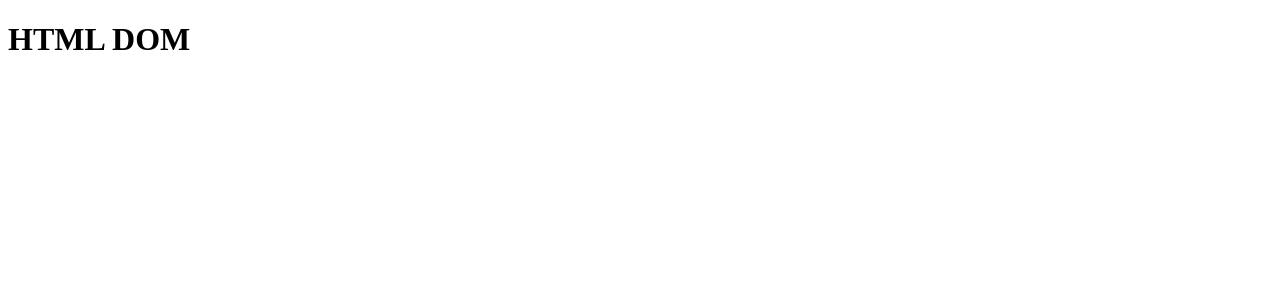
Repository: lt-chinh098406/MusicPlayer
Page: index.html
An editor plug-in stored every save of this project. The page is shown before and after the next save, followed by the edit.
The browser window is 1280 px wide. The pictures show the whole page.

Above is the page before, as saved 2021-11-06 15:41:39.

After the next save:
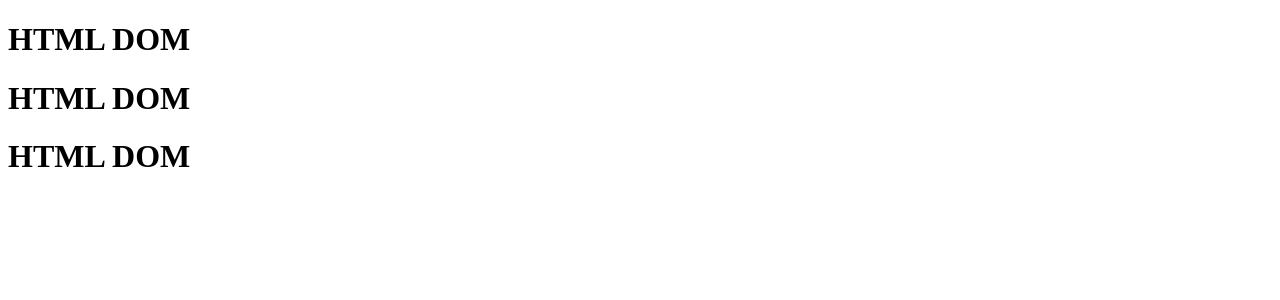
Saved 5 min 50 s later.
--- a/index.html
+++ b/index.html
@@ -7,7 +7,9 @@
   <title>HTML DOM</title>
 </head>
 <body>
-  <h1 id="heading">HTML DOM</h1>
+  <h1 class="heading">HTML DOM</h1>
+  <h1 class="heading">HTML DOM</h1>
+  <h1 class="heading">HTML DOM</h1>
 </body>
 <script src="main.js"></script>
 </html>
